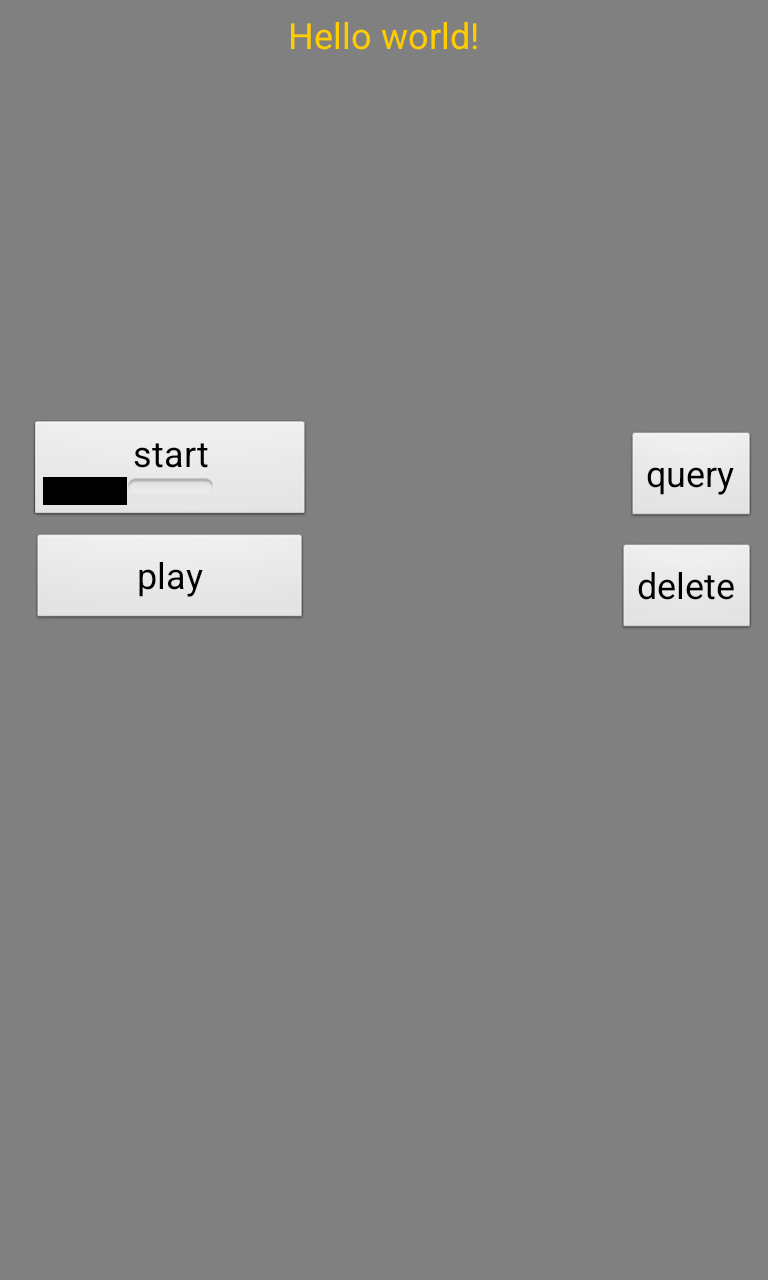
Repository: FreyrChen/tucan_Linux_practice
Layout: 4_Android_program/MusicIdentify/res/layout/activity_main.xml
The author's editor kept a copy of each file at every save. The layout is drawn from the files as they stood at one save, then again after the next save.
It is drawn on a 768 x 1280 px phone screen (xhdpi) without system bars, with theme AppTheme; the app's code is not run.

Above is the layout before, as saved 2013-05-30 08:54:44.

After the next save:
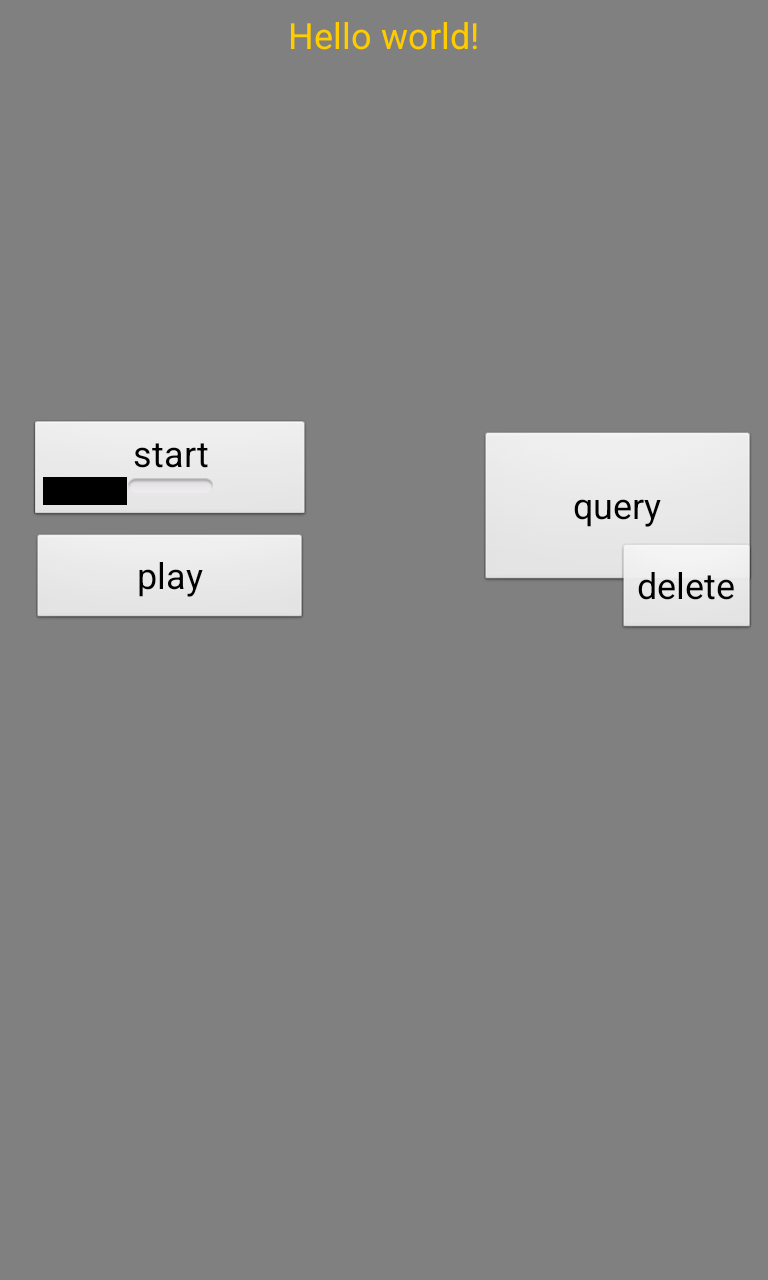
Saved 76 s later.
--- a/4_Android_program/MusicIdentify/res/layout/activity_main.xml
+++ b/4_Android_program/MusicIdentify/res/layout/activity_main.xml
@@ -32,8 +32,8 @@
 
     <Button
 	 	android:id="@+id/query_button"
-	 	android:layout_width="wrap_content"
-	 	android:layout_height="wrap_content"
+	 	android:layout_width="140dp"
+	 	android:layout_height="80dp"
 	 	android:textSize="18sp"
 	 	android:text="@string/query"
 	    android:layout_marginTop="5dp"
